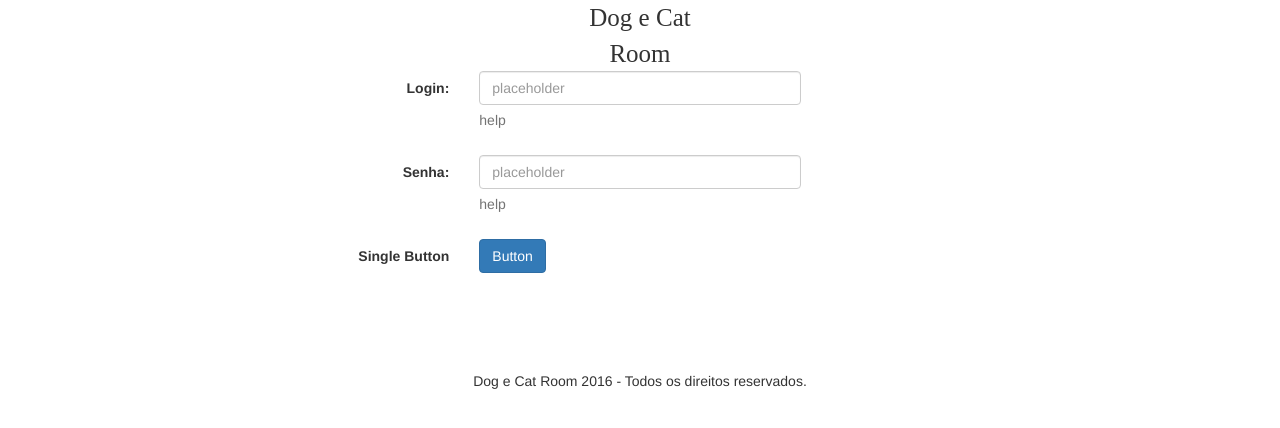
Repository: Natanzx/DogECatRoom
Page: http://localhost/DogECatRoom/login.jsp
These files come from the project's save history. The page is drawn as it stood at one moment and after the next save; the edit follows.
The browser window is 1280 px wide. The pictures show the whole page.
The page is served by Tomcat 9.

Above is the page before, as saved 2016-05-15 19:29:13.

After the next save:
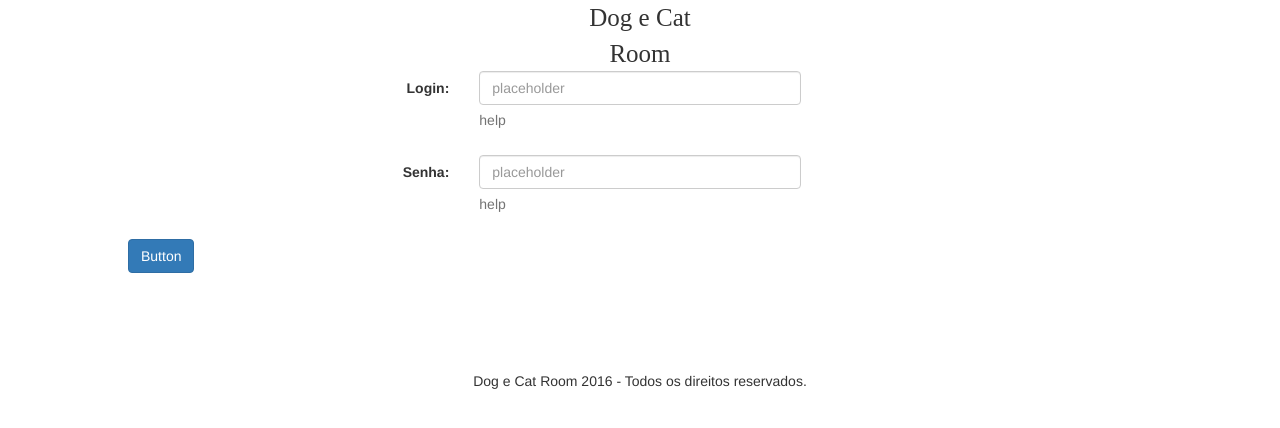
Saved 7 s later.
--- a/DogECatRoom/WebContent/login.jsp
+++ b/DogECatRoom/WebContent/login.jsp
@@ -48,8 +48,6 @@
 
 					<!-- Botao logar -->
 					<div class="form-group">
-						<label class="col-md-4 control-label" for="singlebutton">Single
-							Button</label>
 						<div class="col-md-4">
 							<button id="singlebutton" name="singlebutton"
 								class="btn btn-primary">Button</button>
